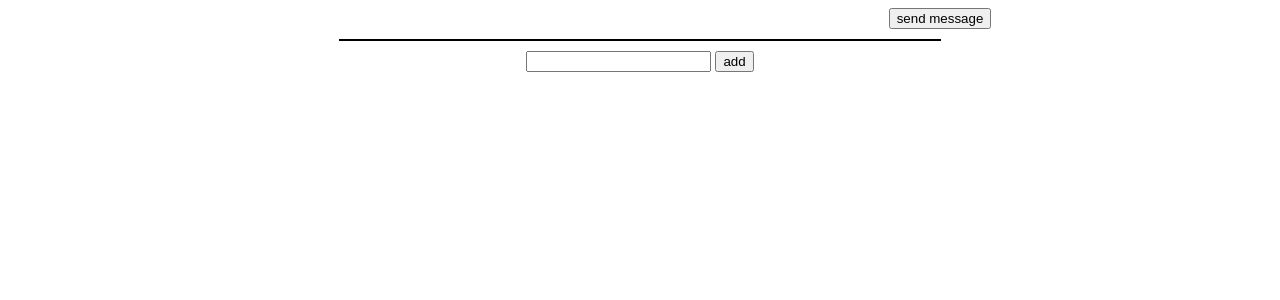
Repository: ycdtc/movie
Page: aaa/WebContent/finance.html
These files come from the project's save history. The page is drawn as it stood at one moment and after the next save; the edit follows.
The browser window is 1280 px wide. The pictures show the whole page.

Above is the page before, as saved 2017-07-20 09:13:45.
Console error: ReferenceError: ActiveXObject is not defined

After the next save:
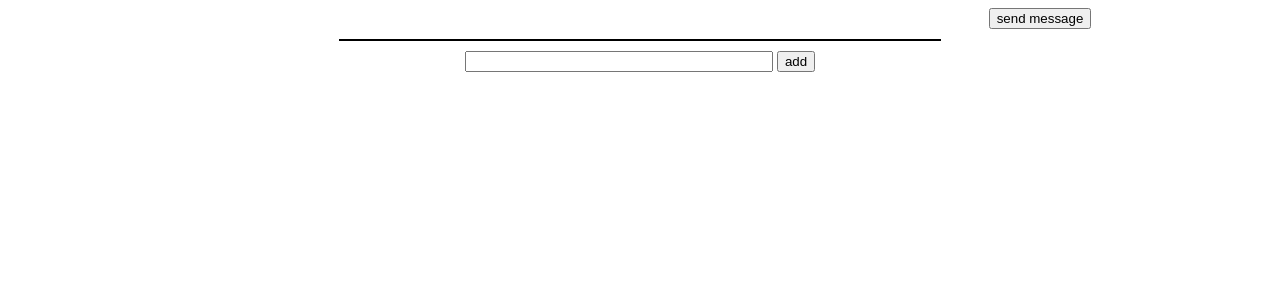
Saved 73 s later.
--- a/aaa/WebContent/stylesheet/finance.css
+++ b/aaa/WebContent/stylesheet/finance.css
@@ -9,5 +9,8 @@ a:hover{color:green;}
 	font-size:20px;
 }
 #send{
-	margin-left:600px;
+	margin-left:800px;
 }
+#text{
+	width:300px;
+}
